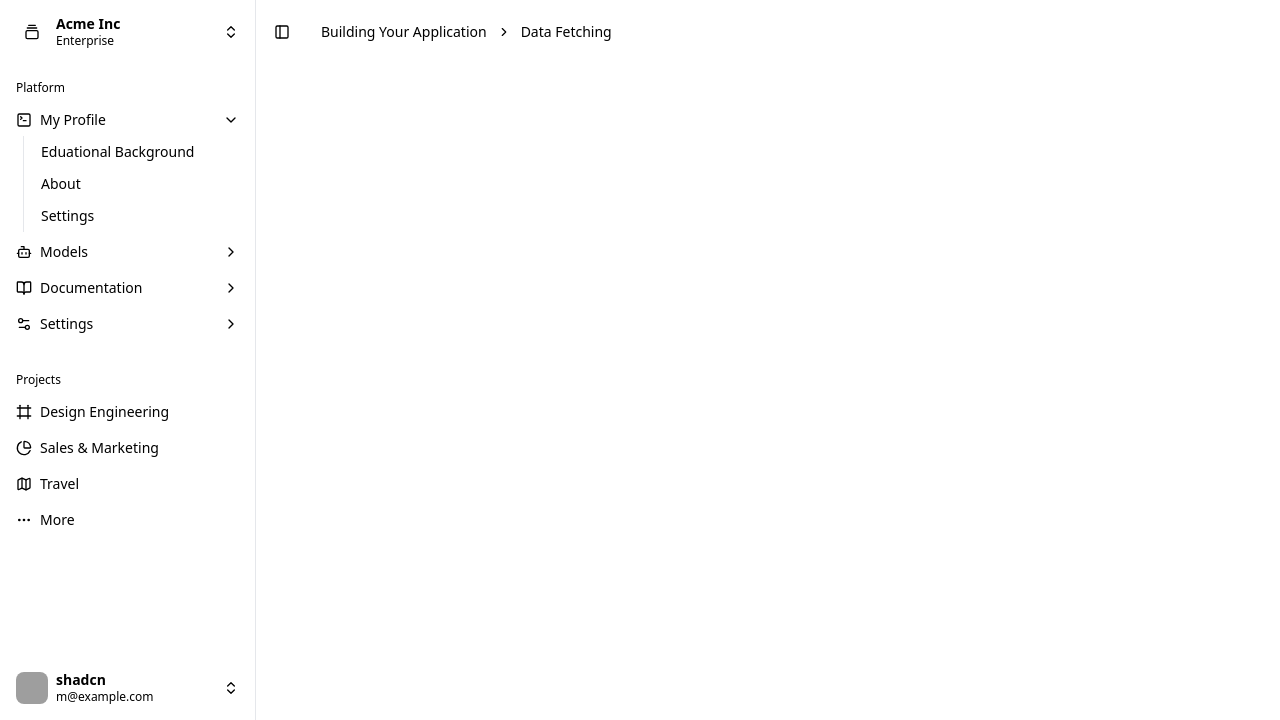
Repository: Kukaas/Kukaass-Portfolio
Page: /
The author's editor kept a copy of each file at every save. The page is drawn from the files as they stood at one save, then again after the next save.
The browser window is 1280 px wide. The pictures show the whole page.
Pictures or frames that could not be fetched are drawn as grey boxes. The project was rebuilt for these pictures with package versions that can differ from the ones it lists, and the page was loaded fresh each time. Also part of the build but not shown: vite.config.js, src/components/ui/input.jsx, src/components/ui/sheet.jsx, src/components/ui/skeleton.jsx.

Above is the page before, as saved 2024-12-17 13:08:16.

After the next save:
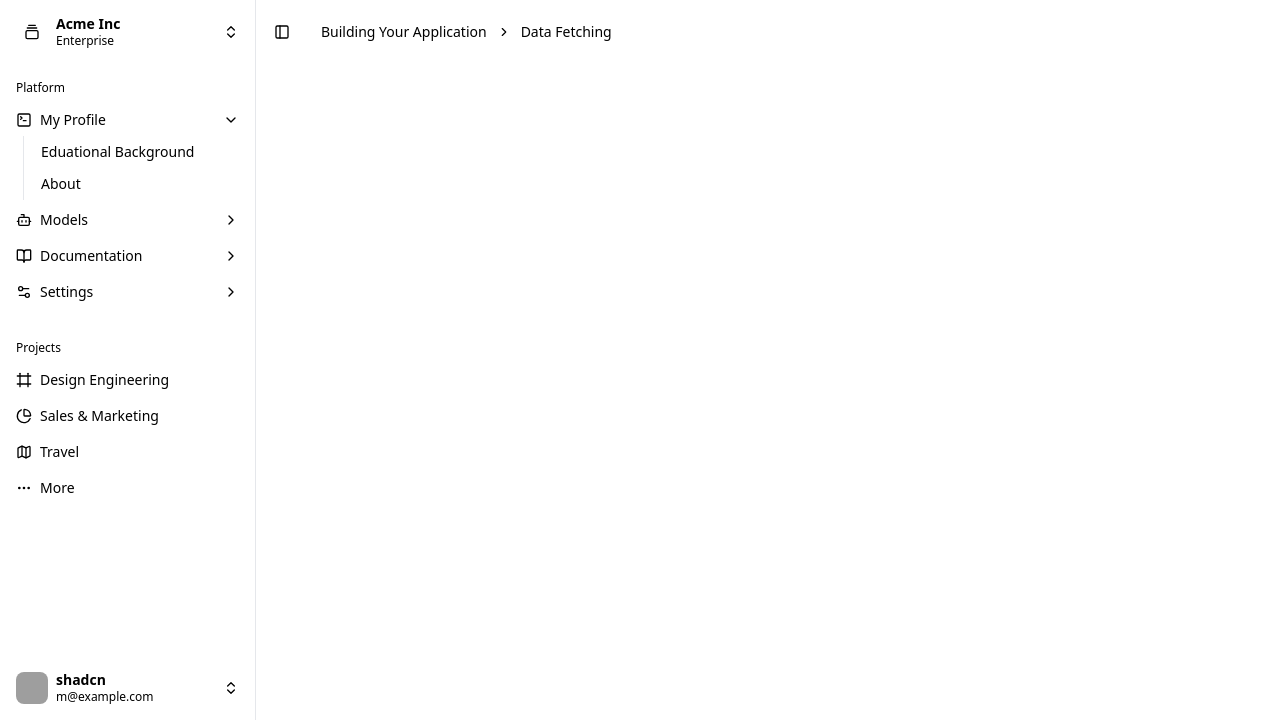
Saved 19 s later.
--- a/src/components/app-sidebar.jsx
+++ b/src/components/app-sidebar.jsx
@@ -60,10 +60,6 @@ const data = {
         },
         {
           title: "About",
-          url: "#",
-        },
-        {
-          title: "Settings",
           url: "#",
         },
       ],
